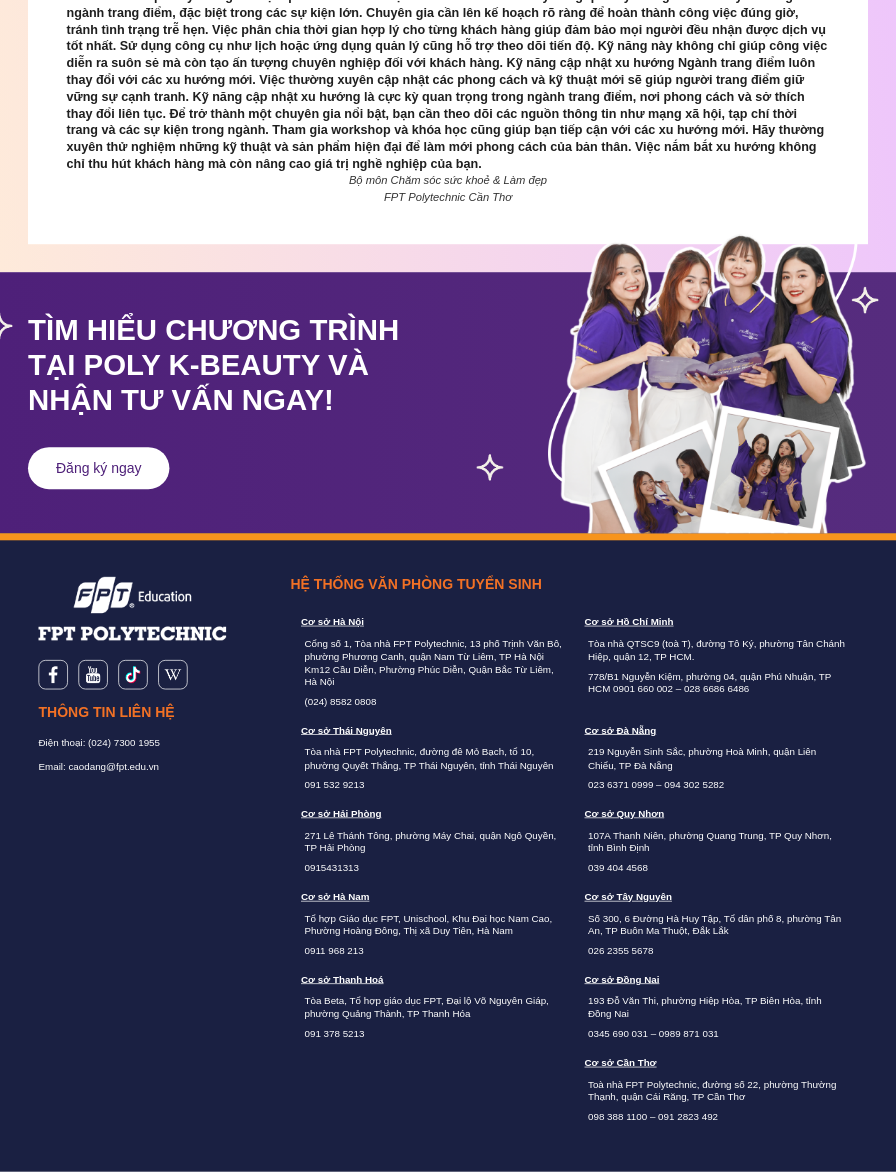
Repository: dinhtri123/k_beauty
Page: detail.html
An editor plug-in stored every save of this project. The page is shown before and after the next save, followed by the edit.
The browser window is 1280 px wide. The pictures show the part of the page from y = 1727 to 3647 px (the page is 3401 px tall before and 3825 px after), at 70% of full size.
Some web fonts or font styles are not loaded; a fallback is used.

Above is the page before, as saved 2024-12-25 20:34:41.

After the next save:
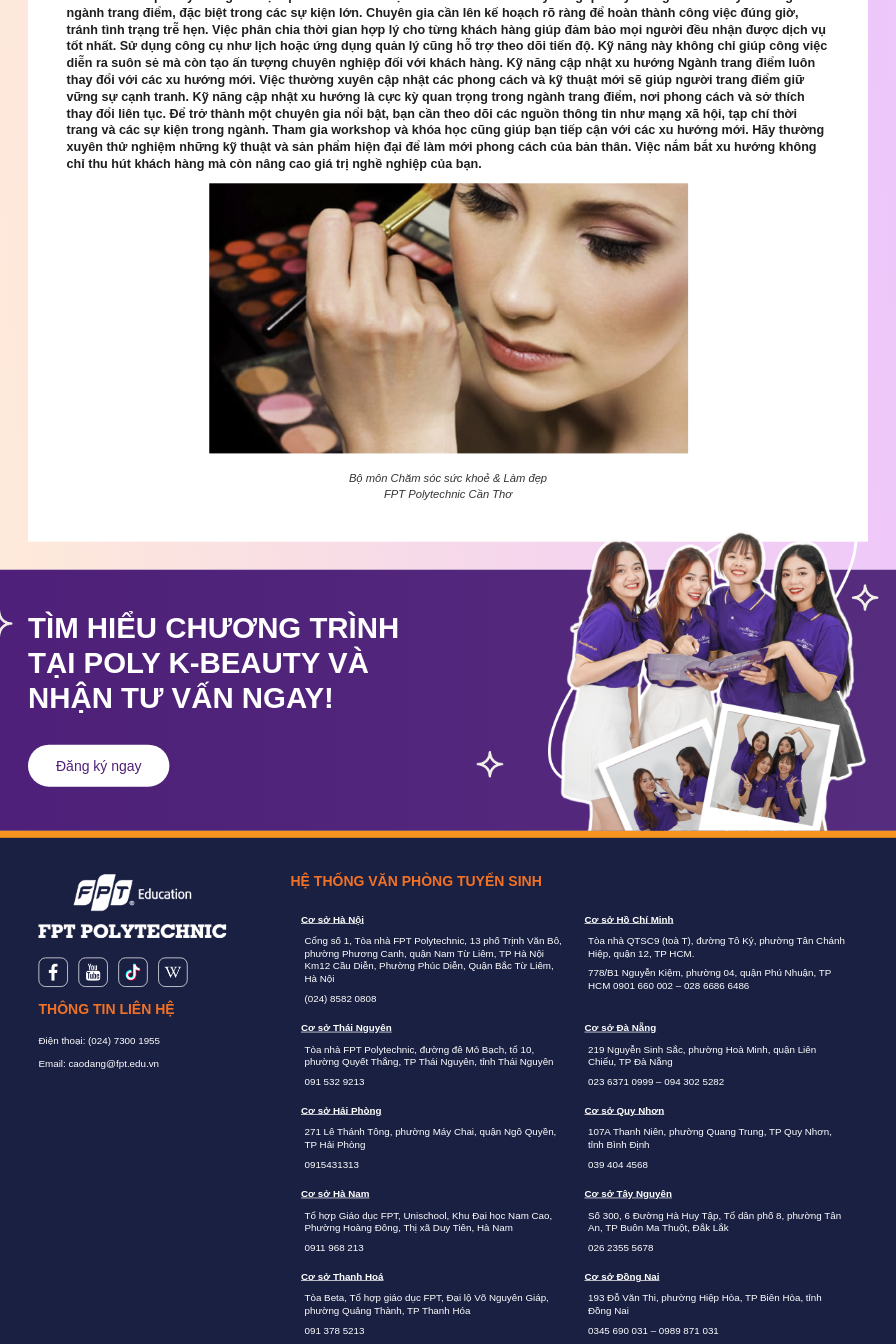
Saved 23 s later.
--- a/detail.html
+++ b/detail.html
@@ -163,6 +163,7 @@
               những kỹ thuật và sản phẩm hiện đại để làm mới phong cách của bản thân. Việc nắm bắt xu hướng không chỉ
               thu hút khách
               hàng mà còn nâng cao giá trị nghề nghiệp của bạn.</p>
+            <img src="./images/detail-img.jpg" alt="">
             <address>Bộ môn Chăm sóc sức khoẻ & Làm đẹp<br>FPT Polytechnic Cần Thơ</address>
           </div>
         </div>
